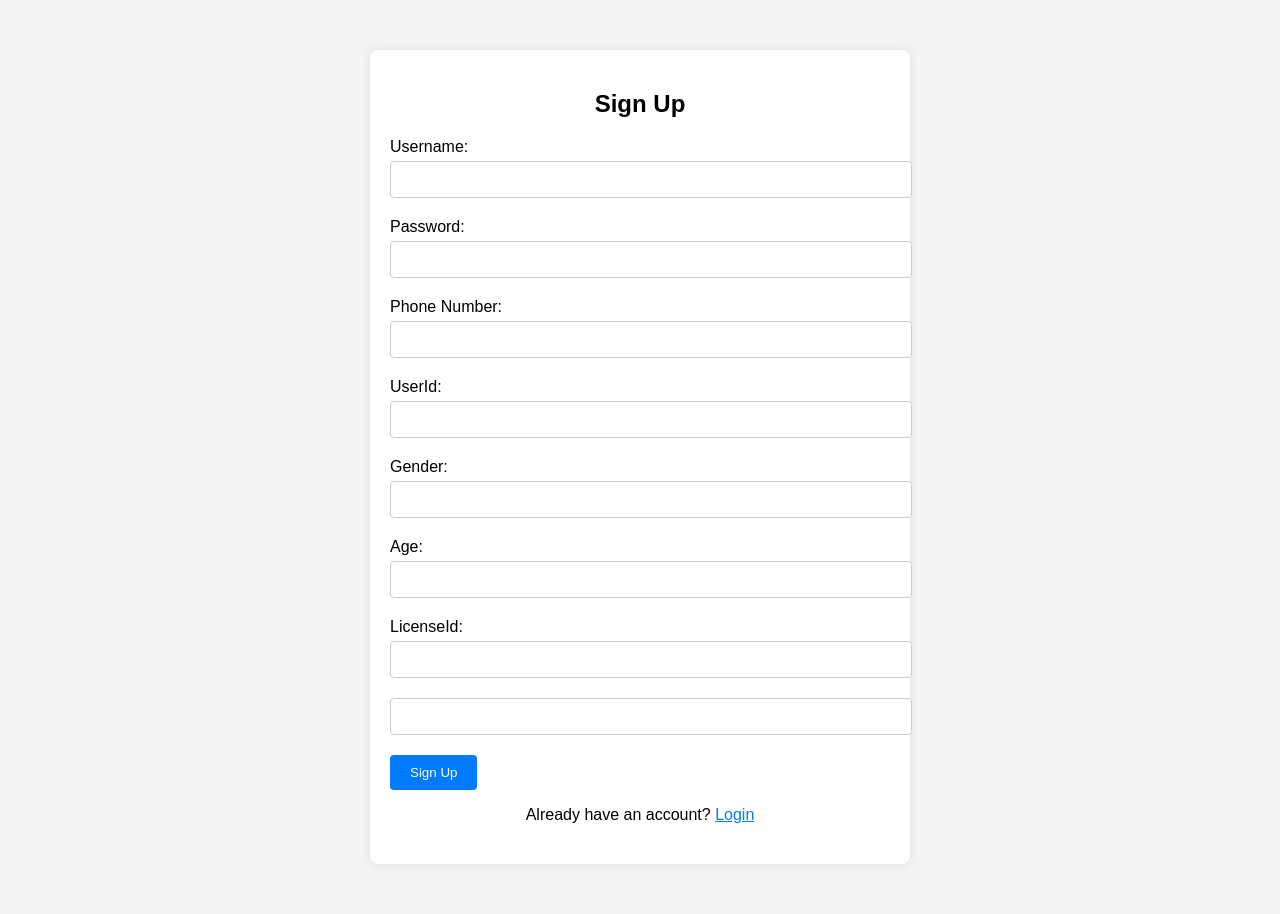
Repository: suryavishakan/parking_management
Page: http://localhost/signup
An editor plug-in stored every save of this project. The page is shown before and after a run of saves, followed by the edit.
The browser window is 1280 px wide. The pictures show the whole page.
The page is served by the project's application, run on Flask 3 (app.py).

Above is the page before, as saved 2024-04-20 13:49:38.

After the next 3 saves:
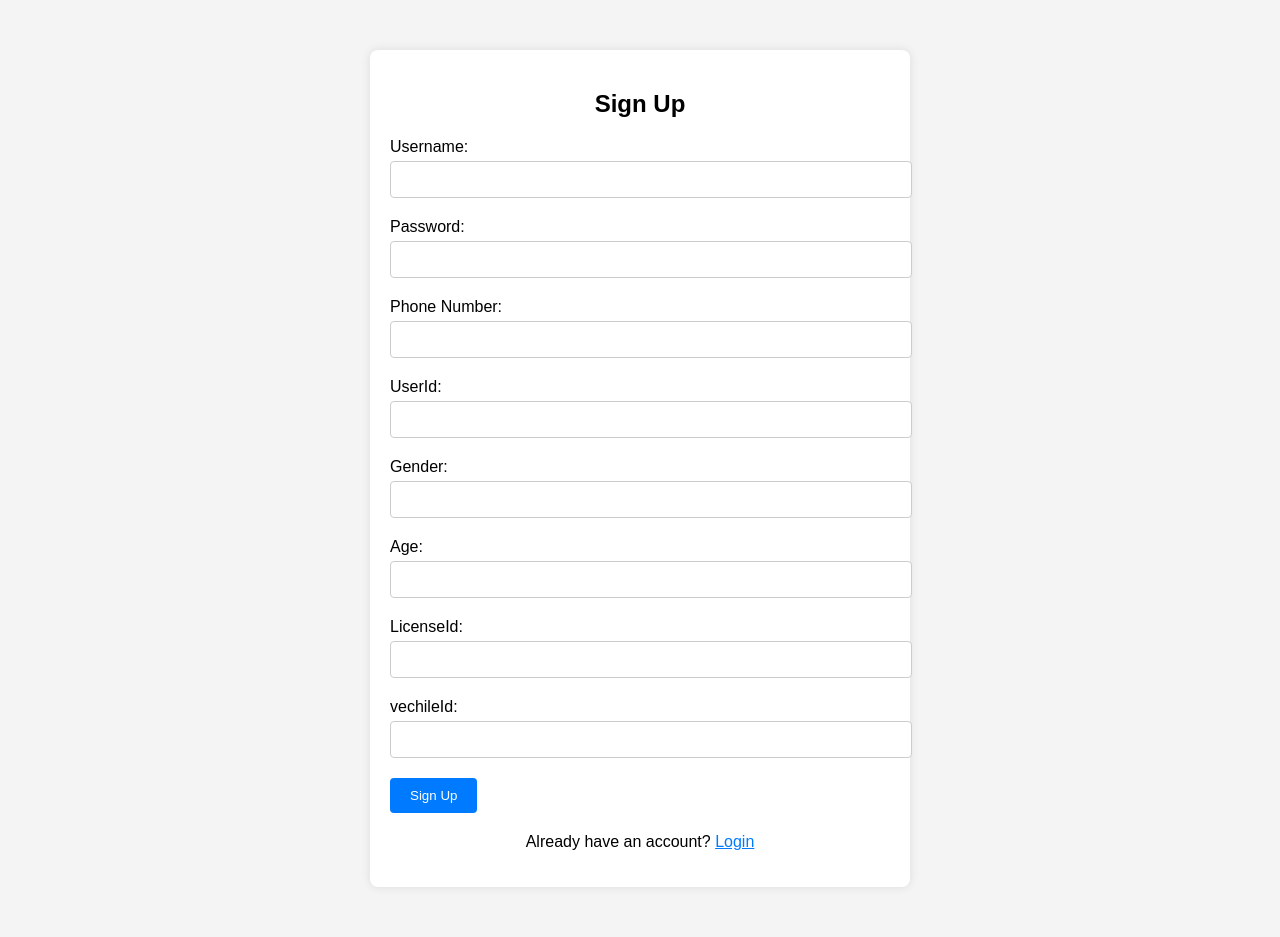
The 3 saves are shown as one change because they came seconds apart.
The last was saved 7 s later.
--- a/templates/signup.html
+++ b/templates/signup.html
@@ -89,7 +89,7 @@
             <label for="licenseId">LicenseId:</label>
             <input type="text" id="licenseId" name="licenseId" required>
 
-            <label for="vechileId":</label>
+            <label for="vechileId">vechileId:</label>
             <input type="phoneNumber" id="phoneNumber" name="phoneNumber" required>
             <button type="submit">Sign Up</button>
         </form>
